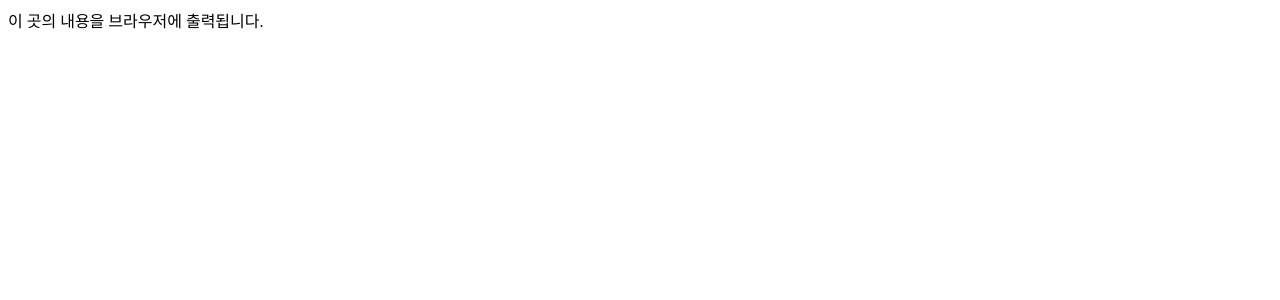
Repository: HongTaeHun337/HTML-CSS-JavaScript-
Page: html/HtmlTest/src/main/webapp/ex01.html
An editor plug-in stored every save of this project. The page is shown before and after the next save, followed by the edit.
The browser window is 1280 px wide. The pictures show the whole page.

Above is the page before, as saved 2026-02-12 03:45:37.

### html/HtmlTest/src/main/webapp/ex01.html
<!DOCTYPE html>

<!--
	<html> 태그
	- 문서 전체를 감싸는 역할
	- 루트 태그
	- <html> 자식 태그
		a. <head>
		b. <body>
 -->

<html>
	<!--
		<head> 태그
		- 문서 메타 정보
		- 문서 자체를 설명하거나 눈에 보이지 않는 설정들을 저장하는 역할
	 -->
	<head>
		<meta charset="UTF-8">
		<title>Insert title here</title>
	</head>
	<!--
		<body> 태그
		- 문서 출력 정보
		- 이 안의 모든 내용을 브라우저에 출력된다.(텍스트, 이미지, 동영상 등)
	 -->
	<body>
		<!--
			HTML(ML) 주석
		 -->
		 이 곳의 내용을 브라우저에 출력됩니다.
	</body>
</html>

After the next save:
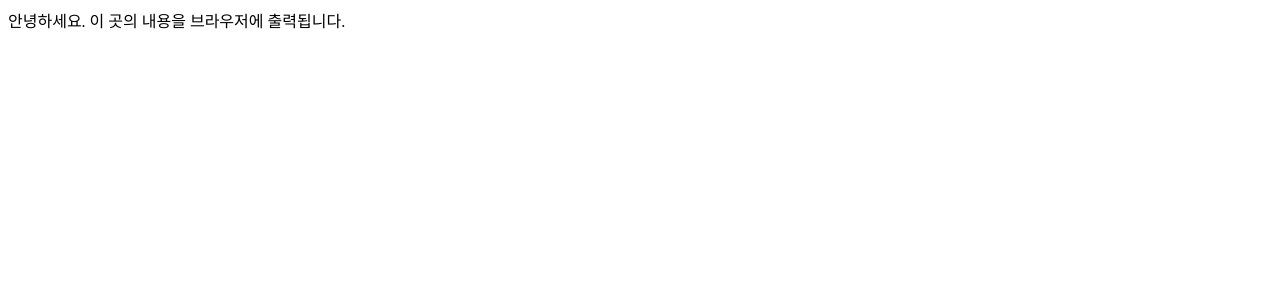
Saved 34 s later.
--- a/html/HtmlTest/src/main/webapp/ex01.html
+++ b/html/HtmlTest/src/main/webapp/ex01.html
@@ -18,6 +18,7 @@
 	<head>
 		<meta charset="UTF-8">
 		<title>Insert title here</title>
+		안녕하세요.
 	</head>
 	<!--
 		<body> 태그

After the save that followed:
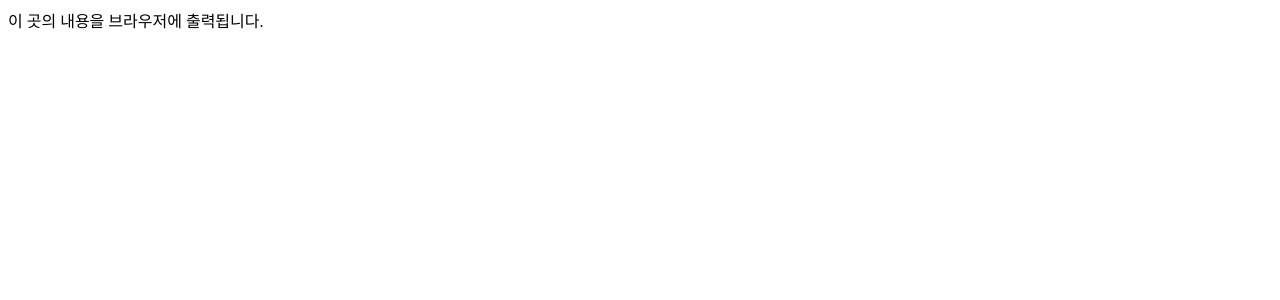
Saved 55 s later.
--- a/html/HtmlTest/src/main/webapp/ex01.html
+++ b/html/HtmlTest/src/main/webapp/ex01.html
@@ -18,7 +18,6 @@
 	<head>
 		<meta charset="UTF-8">
 		<title>Insert title here</title>
-		안녕하세요.
 	</head>
 	<!--
 		<body> 태그
